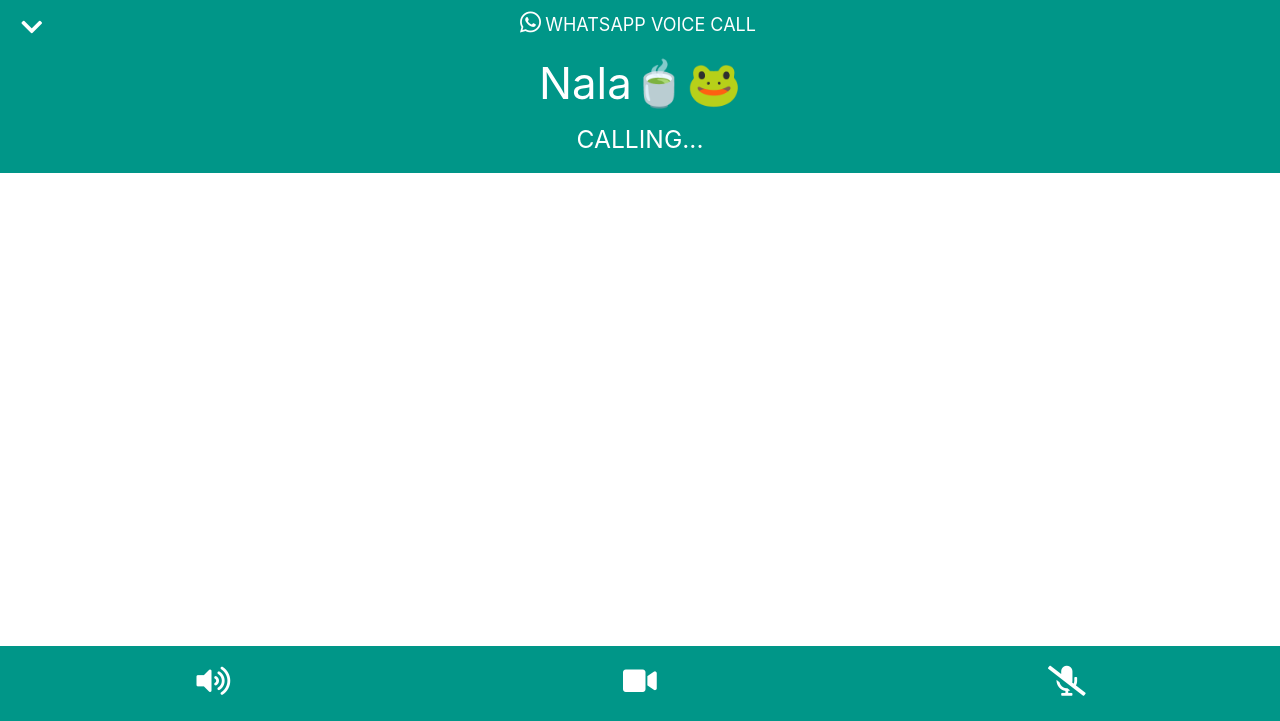
Repository: Ajtheult/Whatsapp_recreation
Page: /voice-call
An editor plug-in stored every save of this project. The page is shown before and after the next save, followed by the edit.
The browser window is 1280 px wide. The pictures show the whole page.
The project was rebuilt for these pictures with package versions that can differ from the ones it lists, and the page was loaded fresh each time. Also part of the build but not shown: src/components/layout/navbar/Navbar.js, src/components/layout/pages/ChatMenu.js, src/components/layout/pages/StatusMenu.js, src/components/layout/pages/CallMenu.js, src/components/layout/navbar/ContactNav.js, src/components/layout/pages/ContactMenu.js, src/components/layout/pages/preapp/LandingPage.js.

Above is the page before, as saved 2020-08-03 23:24:09.

### public/index.html
<!DOCTYPE html>
<html lang="en">
  <head>
    <meta charset="utf-8" />
    <link rel="icon" href="%PUBLIC_URL%/favicon.ico" />
    <meta name="viewport" content="width=device-width, initial-scale=1" />
    <meta name="theme-color" content="#000000" />
    <meta
      name="description"
      content="Web site created using create-react-app"
    />
    <link
      rel="stylesheet"
      href="https://use.fontawesome.com/releases/v5.7.2/css/all.css"
      integrity="sha384-fnmOCqbTlWIlj8LyTjo7mOUStjsKC4pOpQbqyi7RrhN7udi9RwhKkMHpvLbHG9Sr"
      crossorigin="anonymous"
    />
    <link
      href="https://fonts.googleapis.com/icon?family=Material+Icons"
      rel="stylesheet"
    />
    <script src="https://cdnjs.cloudflare.com/ajax/libs/materialize/1.0.0/js/materialize.min.js"></script>

    <link rel="manifest" href="%PUBLIC_URL%/manifest.json" />

    <title>Whatsapp App</title>
  </head>
  <body>
    <noscript>You need to enable JavaScript to run this app.</noscript>
    <div id="root"></div>
  </body>
</html>

### src/index.js
import React from "react";
import ReactDOM from "react-dom";
import "materialize-css/dist/css/materialize.min.css";
import App from "./App";

ReactDOM.render(
  <React.StrictMode>
    <App />
  </React.StrictMode>,
  document.getElementById("root")
);

### src/App.js
import React from "react";
import ChatMenu from "./components/layout/pages/ChatMenu";
import StatusMenu from "./components/layout/pages/StatusMenu";
import CallMenu from "./components/layout/pages/CallMenu";
import ContactMenu from "./components/layout/pages/ContactMenu";
import LandingPage from "./components/layout/pages/preapp/LandingPage";
import VoiceCall from "./components/layout/pages/callpages/VoiceCall";
import { BrowserRouter as Router, Switch, Route } from "react-router-dom";
import "./App.css";

function App() {
  return (
    <Router>
      <div className="App">
        <Switch>
          <Route exact path="/" component={LandingPage} />
          <Route path="/chat" component={ChatMenu} />
          <Route path="/contact" component={ContactMenu} />
          <Route path="/status" component={StatusMenu} />
          <Route path="/calls" component={CallMenu} />
          <Route path="/voice-call" component={VoiceCall} />
        </Switch>
      </div>
    </Router>
  );
}

export default App;

### src/components/layout/pages/callpages/VoiceCall.js
import React, { Component } from "react";
import PhoneCallNav from "../../navbar/PhoneCallNav";

export class VoiceCall extends Component {
  render() {
    return (
      <div>
        <PhoneCallNav />

        <footer className="page-footer teal voicecall_footer">
          <div className="row">
            <div className="col s4">
              <i className="fas fa-volume-up move_call_icons_up"></i>
            </div>
            <div className="col s4">
              {" "}
              <i className="fas fa-video move_call_icons_up"></i>
            </div>
            <div className="col s4">
              <i className="fas fa-microphone-slash move_call_icons_up"></i>
            </div>
          </div>
        </footer>
      </div>
    );
  }
}

export default VoiceCall;

### src/App.css
.App {
  text-align: center;
}

.move_logo_of_whatsapp {
  margin-left: 20px;
  pointer-events: none;
  margin-top: 10px;
  font-size: 40px;
}

.move_camera_icon {
  margin-top: 9px;
  margin-left: 10px;
}

.move_top_nav_icons_down {
  margin-top: 20px;
  pointer-events: none;
}

.width_of_dropdown {
  width: 300px;
}

.disabled_btn_bottom {
  pointer-events: none;
}

.move_message_icon_in_chat_menu {
  margin-left: -30px;
  margin-top: 50px;
  /* I will have to adjust the top after inserting the grid on top */
}

.move_message_icon_in_status_menu_small {
  margin-right: 30px;
  margin-top: -55px;
  color: blue;
  pointer-events: none;
  opacity: 0.5;
  /* I will have to adjust the top after inserting the grid on top */
}
.move_message_icon_in_status_menu_big {
  margin-top: -15px;
  margin-right: 15px;
  pointer-events: none;
  opacity: 0.5;
  /* I will have to adjust the top after inserting the grid on top */
}

.move_contact_icon_abit_up {
  margin-right: 15px;
  margin-top: -55px;
}

.make_archive_bold {
  font-weight: bold;
  pointer-events: none;
}

.profile_pictures {
  width: 60px;
  height: 60px;
  border-radius: 50%;
  margin-top: 5px;
}

.decrease_height {
  margin-top: -20px;
  width: 75.5%;
  margin-left: 80px;
}

.increase_height_status {
  margin-top: 1.5px;
  height: 20px;
  width: 100%;
}

.my_profile_picture_status {
  width: 60px;
  height: 60px;
  border-radius: 50%;
  padding: 1px;
  border: 4px solid rgb(68, 214, 68);
  margin-top: 5px;
}

.profile_picture_status {
  width: 60px;
  height: 60px;
  border-radius: 50%;
  padding: 1px;
  border: 4px dashed rgb(68, 214, 68);
  margin-top: 5px;
}

.viewed_status {
  width: 60px;
  height: 60px;
  border-radius: 50%;
  padding: 1px;
  border: 4px solid grey;
  margin-top: 5px;
}

.move_recent_updates {
  text-align: left;
  margin-top: -1px;
  margin-left: 10px;
}
.chat_menu_text {
  text-align: left;
}

.contact_menu_messages {
  font-size: 14px;
  margin-top: 0px;
  color: gray;
}

.contact_name_cm {
  font-weight: bold;
  font-size: 14px;
}

.cm_time {
  margin-top: 13px;
  font-weight: bold;
  font-size: 10px;
  color: gray;
}

img.bg {
  /* Set rules to fill background */
  min-height: 100%;
  min-width: 1024px;

  /* Set up proportionate scaling */
  width: 100%;
  height: auto;

  /* Set up positioning */
  position: fixed;
  top: 0;
  left: 0;
  z-index: -1;
}

div.admin-bg {
  /* Set rules to fill background */
  min-height: 100%;
  min-width: 1024px;

  /* Set up proportionate scaling */
  width: 100%;
  height: auto;

  /* Set up positioning */
  position: fixed;
  top: 0;
  left: 0;
  z-index: -1;
  background-color: black;
}

@media screen and (max-width: 1024px) {
  /* Specific to this particular image */
  img.bg {
    left: 50%;
    margin-left: -512px; /* 50% */
  }

  div.admin-bg {
    left: 50%;
    margin-left: -512px; /* 50% */
  }
}

.move_this_modal {
  margin-right: 30px;
  margin-top: 400px;
}

.move_ellipsis {
  color: teal;
  margin-top: 20px;
  margin-left: 20px;
  font-size: 25px;
}

.move_contact_icon_abit_up_call {
  margin-right: 15px;
  margin-top: 115px;
  opacity: 0.5;
  pointer-events: none;
}

.icons_call_menu {
  color: teal;
  margin-top: 25px;
  margin-left: 20px;
  font-size: 15px;
}

a {
  color: teal;
  -webkit-tap-highlight-color: white;
}

.bottom_icons {
  pointer-events: none;
}

nav {
  line-height: 30px;
}

.contact_number {
  text-align: left;
  margin-top: 10px;
  line-height: 10px;
}

.move_arrow {
  margin-top: 18px;
  font-size: 25px;
  color: white;
}

.color_of_contactnav {
  color: white;
}

.contact_number {
  font-size: 20px;
  margin-top: 15px;
}

.contact_number_bottom {
  font-size: 14px;
}

.move_icons {
  margin-top: 20px;
  font-size: 22px;
}

.row {
  margin-bottom: -0px;
}

.move_group_contact {
  margin-top: 10px;
  margin-bottom: 5px;
}

.contact_menu_icons {
  margin-bottom: 5px;
  pointer-events: none;
  opacity: 0.6;
}

.whatsapp_voice_call_title {
  font-size: 18px;
  margin-right: 50px;
}

.move_name_whatsapp {
  margin-top: 10px;
}

.move_name_callnav {
  margin-top: -40px;
  margin-bottom: 10px;
}

.btn_to_exit_voice_call {
  margin-left: 10px;
  margin-top: 5px;
}

.voicecall_footer {
  margin-top: 582px;
}

.move_call_icons_up {
  margin-bottom: 25px;
  font-size: 30px;
}

### src/components/layout/navbar/PhoneCallNav.js
/* eslint-disable jsx-a11y/accessible-emoji */
import React, { Component } from "react";

export class PhoneCallNav extends Component {
  render() {
    return (
      <div>
        <nav>
          <div className="row teal">
            <div className="col s12 move_name_whatsapp">
              <i className="fas fa-chevron-down left btn_to_exit_voice_call"></i>
              <i className="fab fa-whatsapp" />{" "}
              <span className="whatsapp_voice_call_title">
                {" "}
                WHATSAPP VOICE CALL
              </span>
            </div>
            <div className="col s12 move_name_callnav">
              <h3>Nala🍵🐸</h3>
              <h5>CALLING...</h5>
            </div>
          </div>
        </nav>
      </div>
    );
  }
}

export default PhoneCallNav;

After the next save:
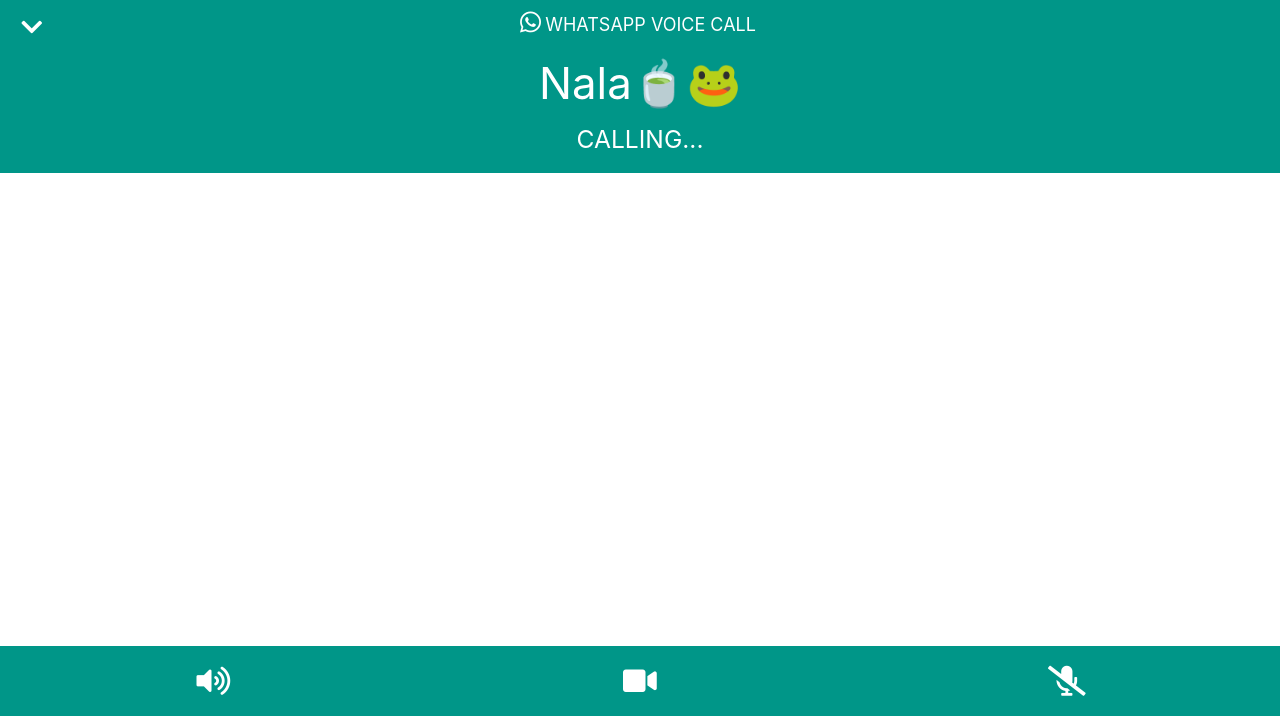
Saved 16 s later.
--- a/src/App.css
+++ b/src/App.css
@@ -286,6 +286,6 @@
 }
 
 .move_call_icons_up {
-  margin-bottom: 25px;
+  margin-bottom: 20px;
   font-size: 30px;
 }
